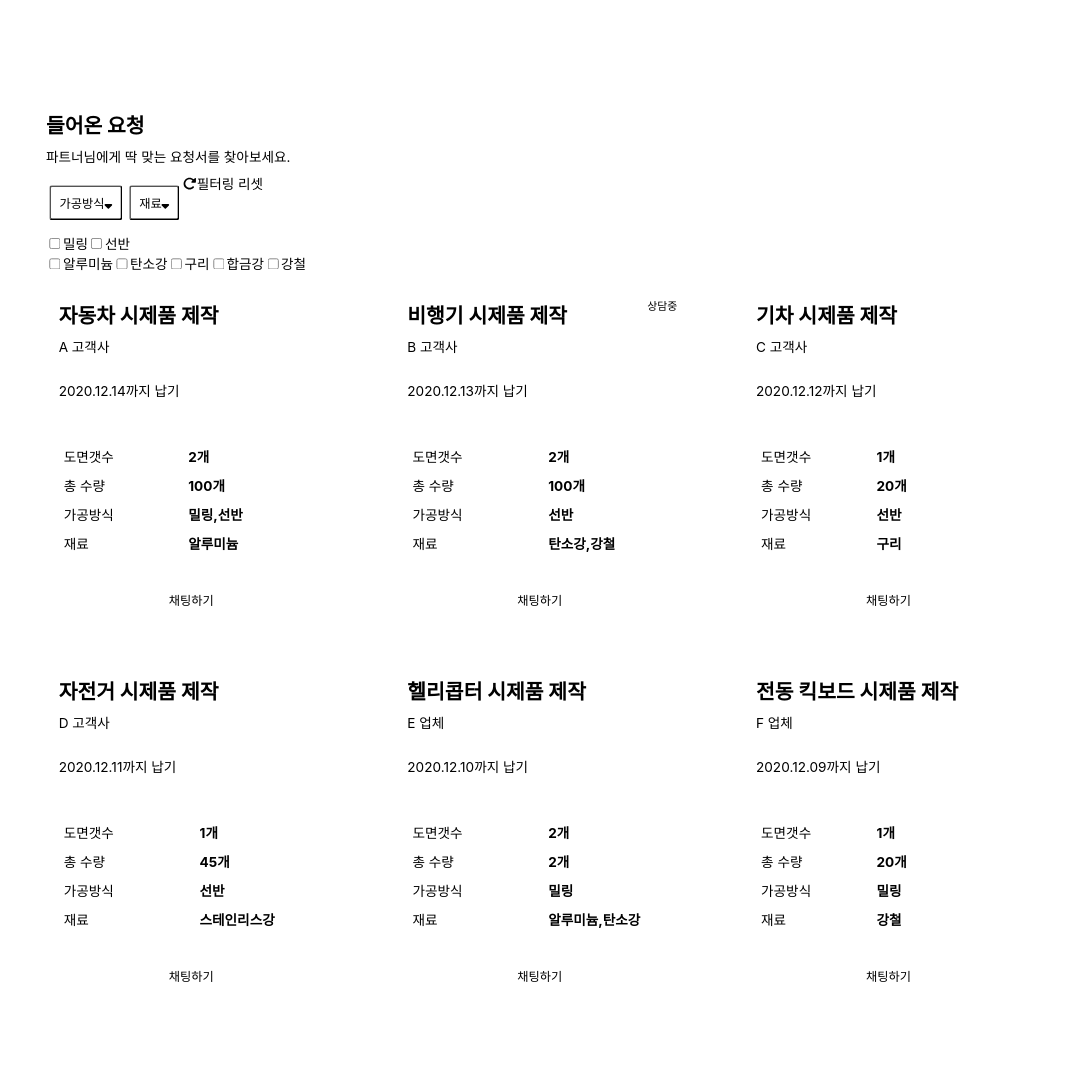
Repository: seoulsaram/capa
Page: /
An editor plug-in stored every save of this project. The page is shown before and after the next save, followed by the edit.
The browser window is 1280 px wide. The pictures show the whole page, at 85% of full size.
The project was rebuilt for these pictures with package versions that can differ from the ones it lists, and the page was loaded fresh each time. Requests to the local data server were answered from the project's data file. Also part of the build but not shown: src/App.css.

Above is the page before, as saved 2021-03-07 01:09:41.

### public/index.html
<!DOCTYPE html>
<html lang="en">
  <head>
    <meta charset="utf-8" />
    <link rel="icon" href="%PUBLIC_URL%/favicon.ico" />
    <meta name="viewport" content="width=device-width, initial-scale=1" />
    <meta name="theme-color" content="#000000" />
    <meta name="description" content="Web site created using create-react-app" />

    <title>React App</title>
  </head>
  <body>
    <noscript>You need to enable JavaScript to run this app.</noscript>
    <div id="root"></div>
  </body>
</html>

### src/index.js
import React from "react";
import ReactDOM from "react-dom";
import "./index.css";
import App from "./app";
import RequestInfo from "./service/request_info";

const requestInfo = new RequestInfo();

ReactDOM.render(
  <React.StrictMode>
    <App requestInfo={requestInfo} />
  </React.StrictMode>,
  document.getElementById("root")
);

### src/App.js
import "./app.css";
import Header from "./components/header/header";
import ItemContainer from "./components/item_container/item_container";
import "@fortawesome/fontawesome-free/js/all.js";

function App({ requestInfo }) {
  return (
    <div>
      <Header />
      <ItemContainer requestInfo={requestInfo} />
    </div>
  );
}

export default App;

### src/service/request_info.js
class RequestInfo {
  constructor() {
    this.getrequestOptions = {
      method: "GET",
    };
  }

  async getInfo() {
    const response = await fetch("http://localhost:3002/requests", this.getrequestOptions);
    const res = await response.json();
    return res;
  }
}

export default RequestInfo;

### src/components/header/header.js
import React, { memo } from "react";
import styles from "./header.module.css";

const Header = (props) => (
  <div className={styles.header}>
    <div className={styles.headerLeft}>
      <p>CAPA</p>
      <p>파트너스</p>
    </div>
    <div className={styles.headerRight}>
      <p>A가공업체</p>
      <div className={styles.line}></div>
      <p>로그아웃</p>
    </div>
  </div>
);

export default Header;

### src/components/item_container/item_container.js
import React, { useEffect, useState } from "react";
import Filter from "../filter/filter";
import RequestBox from "../request_box/request_box";
import styles from "./item_container.module.css";

const ItemContainer = ({ requestInfo }) => {
  const [reqInfo, setReqInfo] = useState([]);

  useEffect(() => {
    requestInfo.getInfo().then((info) => setReqInfo(info));
  }, [requestInfo]);

  return (
    <section className={styles.section}>
      <h2 className={styles.title}>들어온 요청</h2>
      <p className={styles.desc}>파트너님에게 딱 맞는 요청서를 찾아보세요.</p>
      <Filter reqInfo={reqInfo} />

      <ul className={styles.cards}>
        {reqInfo.map((info) => (
          <RequestBox reqInfo={info} key={info.id} />
        ))}
      </ul>
    </section>
  );
};

export default ItemContainer;

### src/components/header/header.module.css
@value MakeBlue from '../../common/color.css';

.header {
  display: flex;
  justify-content: space-between;
  padding: 5px 20px;
  background-color: MakeBlue;
  color: white;
}

.headerLeft {
  display: flex;
  align-items: center;
}

.headerRight {
  display: flex;
  align-items: center;
}

.line {
  width: 2px;
  height: 50%;
  background-color: white;
  margin: 0px 14px;
}

### src/components/filter/filter.jsx
import React from "react";
import styles from "./filter.module.css";

const Filter = ({ reqInfo }) => {
  const method = ["밀링", "선반"];
  const material = ["알루미늄", "탄소강", "구리", "합금강", "강철"];

  return (
    <section className={styles.section}>
      {/* 가공방식 */}
      {/* 1. 값이 든 배열 만들기
      2. 온클릭 이벤트를 만들기
      3. 이벤트에 두 가지 값을 동시에 필터링하는 로직 넣기 */}
      <div className={styles.filterContainer}>
        <button className={styles.filterBtn}>
          가공방식<i className="fas fa-sort-down"></i>
        </button>

        {/* 재료 */}
        <button className={styles.filterBtn}>
          재료<i className="fas fa-sort-down"></i>
        </button>

        <div className={styles.reset}>
          <i className="fas fa-redo-alt"></i>필터링 리셋
        </div>
      </div>

      <div className={styles.filter}>
        {method.map((methods) => (
          <label htmlFor={methods} key={methods}>
            <input type="checkbox" name={methods} value={methods} />
            {methods}
          </label>
        ))}
      </div>

      <div className={styles.filter}>
        {material.map((materials) => (
          <label htmlFor={materials} key={materials}>
            <input type="checkbox" name={materials} value={materials} />
            {materials}
          </label>
        ))}
      </div>

      <div></div>
    </section>
  );
};

export default Filter;

// "requests": [
//     {
//       "id": 1,
//       "title": "자동차 시제품 제작",
//       "client": "A 고객사",
//       "due": "2020.12.14",
//       "count": 2,
//       "amount": 100,
//       "method": ["밀링", "선반"],
//       "material": ["알루미늄"],
//       "status": "대기중"
//     },

### src/components/request_box/request_box.jsx
import React from "react";
import styles from "./request_box.module.css";

const RequestBox = ({ reqInfo }) => {
  return (
    <div className={styles.card}>
      <div className={styles.top}>
        <div className={styles.titleContainer}>
          <h2>{reqInfo.title}</h2>
          {reqInfo.status === "상담중" && <div className={styles.status}>{reqInfo.status}</div>}
        </div>
        <p className={styles.client}>{reqInfo.client}</p>
        <p className={styles.due}>{reqInfo.due}까지 납기</p>
      </div>
      <div className={styles.line}></div>
      {/* 테이블 로만들기 */}
      <table className={styles.bottom}>
        <tbody className={styles.order}>
          <tr>
            <td className={styles.orderTitle}>도면갯수</td>
            <td className={styles.orderBold}>{reqInfo.count}개</td>
          </tr>
          <tr>
            <td className={styles.orderTitle}>총 수량</td>
            <td className={styles.orderBold}>{reqInfo.amount}개</td>
          </tr>
          <tr>
            <td className={styles.orderTitle}>가공방식</td>
            <td className={styles.orderBold}>{reqInfo.method.join(",")}</td>
          </tr>
          <tr>
            <td className={styles.orderTitle}>재료</td>
            <td className={styles.orderBold}>{reqInfo.material.join(",")}</td>
          </tr>
        </tbody>
      </table>
      <div className={styles.btnContainer}>
        <button className={styles.reqBtn}>요청 내역 보기</button>
        <button className={styles.chatBtn}>채팅하기</button>
      </div>
    </div>
  );
};

export default RequestBox;

### src/components/item_container/item_container.module.css
@value MakeBlue,MakeBlack,MakeLightBlue,MakeGrey,MakeLightGrey,MakeYellow from '../../common/color.css';
.section {
  padding: 54px;
  color: MakeBlack;
}

.title,
.desc {
  margin: 8px 0px;
}

.cards {
  display: flex;
  justify-content: space-between;
  flex-wrap: wrap;
}

### src/components/filter/filter.module.css
@value MakeBlue,MakeBlack,MakeLightBlue,MakeGrey,MakeLightGrey,MakeYellow from '../../common/color.css';

* {
  box-sizing: border-box;
}

.filterContainer {
  display: flex;
}

.filterBtn {
  margin: 15px 4px;
  padding: 8px 10px;
  background-color: transparent;
  border: 1px solid MakeLightGrey;
  border-radius: 0.2rem;
  outline: none;
  font-size: 0.9rem;
  cursor: pointer;
}

.down {
  color: MakeLightGrey;
}

### src/components/request_box/request_box.module.css
@value MakeBlue,MakeBlack,MakeLightBlue,MakeGrey,MakeLightGrey,MakeYellow from '../../common/color.css';

* {
  box-sizing: border-box;
}

ul {
  margin: 0;
  padding: 0;
}

.card {
  width: 30%;
  border: 1px solid MakeLightGrey;
  border-radius: 3px;
  padding: 10px 15px;
  margin-bottom: 15px;
}

.card:hover {
  border: 1px solid MakeLightBlue;
}

.titleContainer {
  display: flex;
  align-items: center;
  justify-content: space-between;
}

.titleContainer > h2 {
  margin-bottom: 0px;
}

.client {
  margin: 8px 0px;
}
.due {
  color: MakeGrey;
  margin-top: 28px;
}

.status {
  border: 1px solid MakeYellow;
  border-radius: 45px;
  padding: 4px;
  font-size: 0.8rem;
  color: MakeYellow;
}

.line {
  width: 98%;
  height: 2px;
  margin: auto;
  background-color: MakeLightGrey;
}
.bottom {
  margin-top: 30px;
  margin-bottom: 15px;
}

td {
  width: 25%;
  padding: 4px;
}

.orderBold {
  font-weight: 700;
}

.reqBtn,
.chatBtn {
  margin: 15px 4px;
  padding: 8px 10px;
  background-color: transparent;
  border: none;
  border-radius: 0.2rem;
  outline: none;
  font-size: 0.9rem;
  cursor: pointer;
}

.reqBtn {
  color: white;
  background-color: MakeLightBlue;
}

.chatBtn {
  border: 1px solid MakeLightBlue;
  color: MakeLightBlue;
}

### db.json
{
  "requests": [
    {
      "id": 1,
      "title": "자동차 시제품 제작",
      "client": "A 고객사",
      "due": "2020.12.14",
      "count": 2,
      "amount": 100,
      "method": ["밀링", "선반"],
      "material": ["알루미늄"],
      "status": "대기중"
    },
    {
      "id": 2,
      "title": "비행기 시제품 제작",
      "client": "B 고객사",
      "due": "2020.12.13",
      "count": 2,
      "amount": 100,
      "method": ["선반"],
      "material": ["탄소강", "강철"],
      "status": "상담중"
    },
    {
      "id": 3,
      "title": "기차 시제품 제작",
      "client": "C 고객사",
      "due": "2020.12.12",
      "count": 1,
      "amount": 20,
      "method": ["선반"],
      "material": ["구리"],
      "status": "대기중"
    },
    {
      "id": 4,
      "title": "자전거 시제품 제작",
      "client": "D 고객사",
      "due": "2020.12.11",
      "count": 1,
      "amount": 45,
      "method": ["선반"],
      "material": ["스테인리스강"],
      "status": "대기중"
    },
    {
      "id": 5,
      "title": "헬리콥터 시제품 제작",
      "client": "E 업체",
      "due": "2020.12.10",
      "count": 2,
      "amount": 2,
      "method": ["밀링"],
      "material": ["알루미늄", "탄소강"],
      "status": "대기중"
    },
    {
      "id": 6,
      "title": "전동 킥보드 시제품 제작",
      "client": "F 업체",
      "due": "2020.12.09",
      "count": 1,
      "amount": 20,
      "method": ["밀링"],
      "material": ["강철"],
      "status": "대기중"
    }
  ]
}

Loaded but not shown: src/index.css (common file)

After the next save:
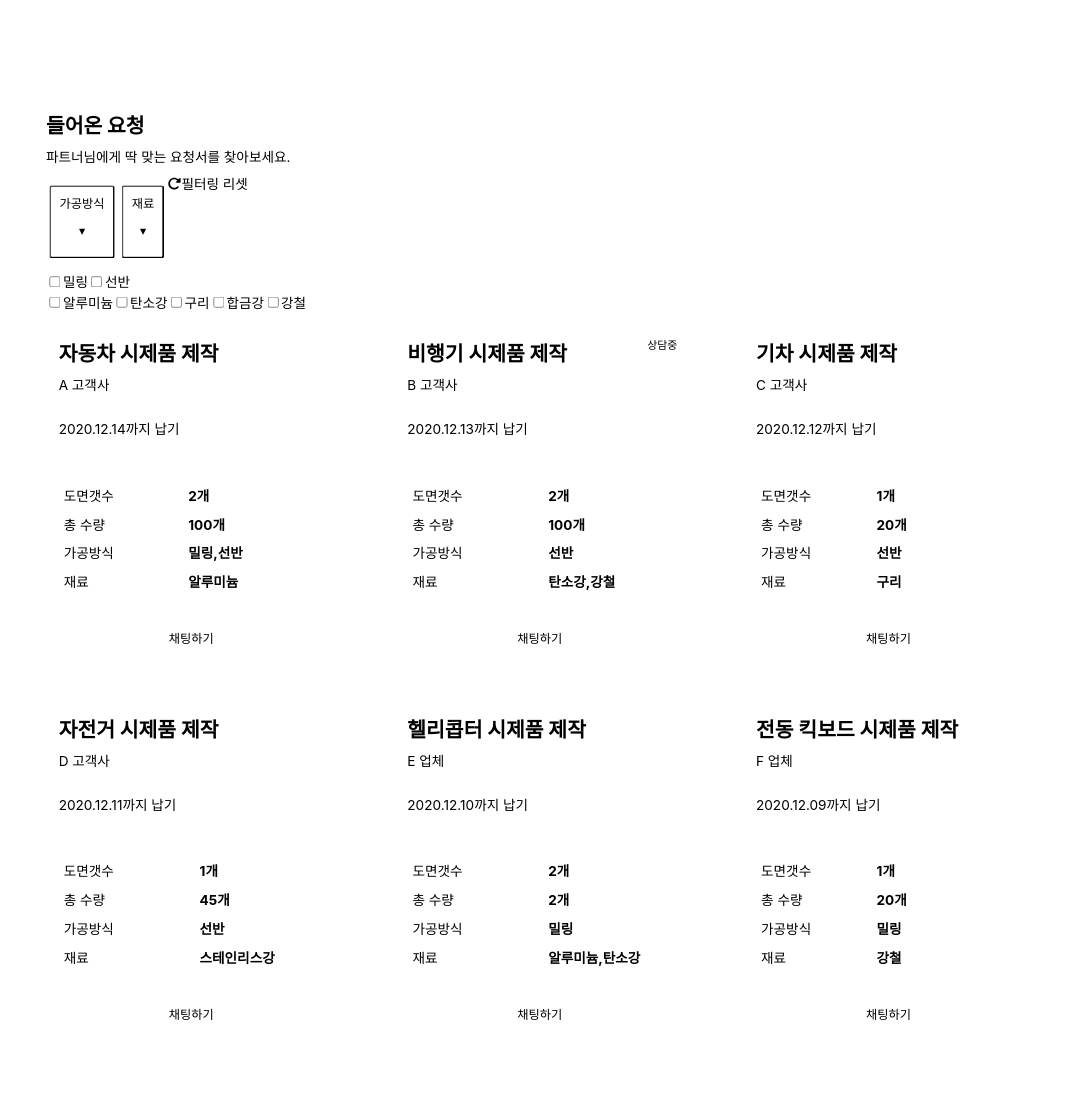
Saved 3 min 14 s later.
--- a/src/components/filter/filter.jsx
+++ b/src/components/filter/filter.jsx
@@ -13,12 +13,12 @@ const Filter = ({ reqInfo }) => {
       3. 이벤트에 두 가지 값을 동시에 필터링하는 로직 넣기 */}
       <div className={styles.filterContainer}>
         <button className={styles.filterBtn}>
-          가공방식<i className="fas fa-sort-down"></i>
+          가공방식<p className={styles.down}>▾</p>
         </button>
 
         {/* 재료 */}
         <button className={styles.filterBtn}>
-          재료<i className="fas fa-sort-down"></i>
+          재료<p className={styles.down}>▾</p>
         </button>
 
         <div className={styles.reset}>
